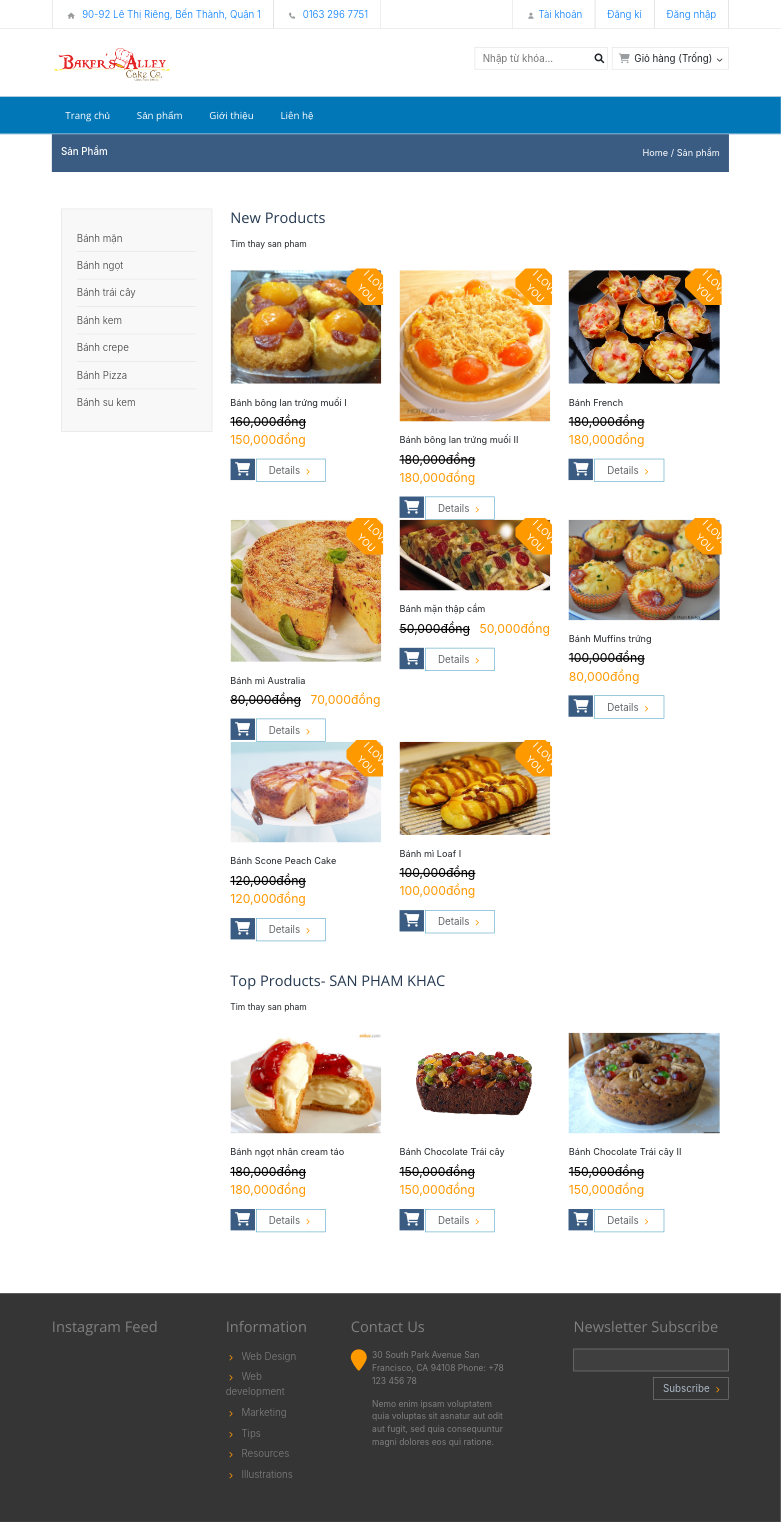
Repository: thidieu2005/Cake-Shop
Page: http://localhost/type-product/1
These files come from the project's save history. The page is drawn as it stood at one moment and after the next save; the edit follows.
The browser window is 1280 px wide. The pictures show the whole page, at 61% of full size.
Some web fonts or font styles are not loaded; a fallback is used. Some web libraries are served in a nearby version. The page is served by the project's Laravel application, run on PHP 8.4 with Laravel 10. The database holds what the project's SQL file puts in it.

Above is the page before, as saved 2025-03-18 08:37:31.

After the next save:
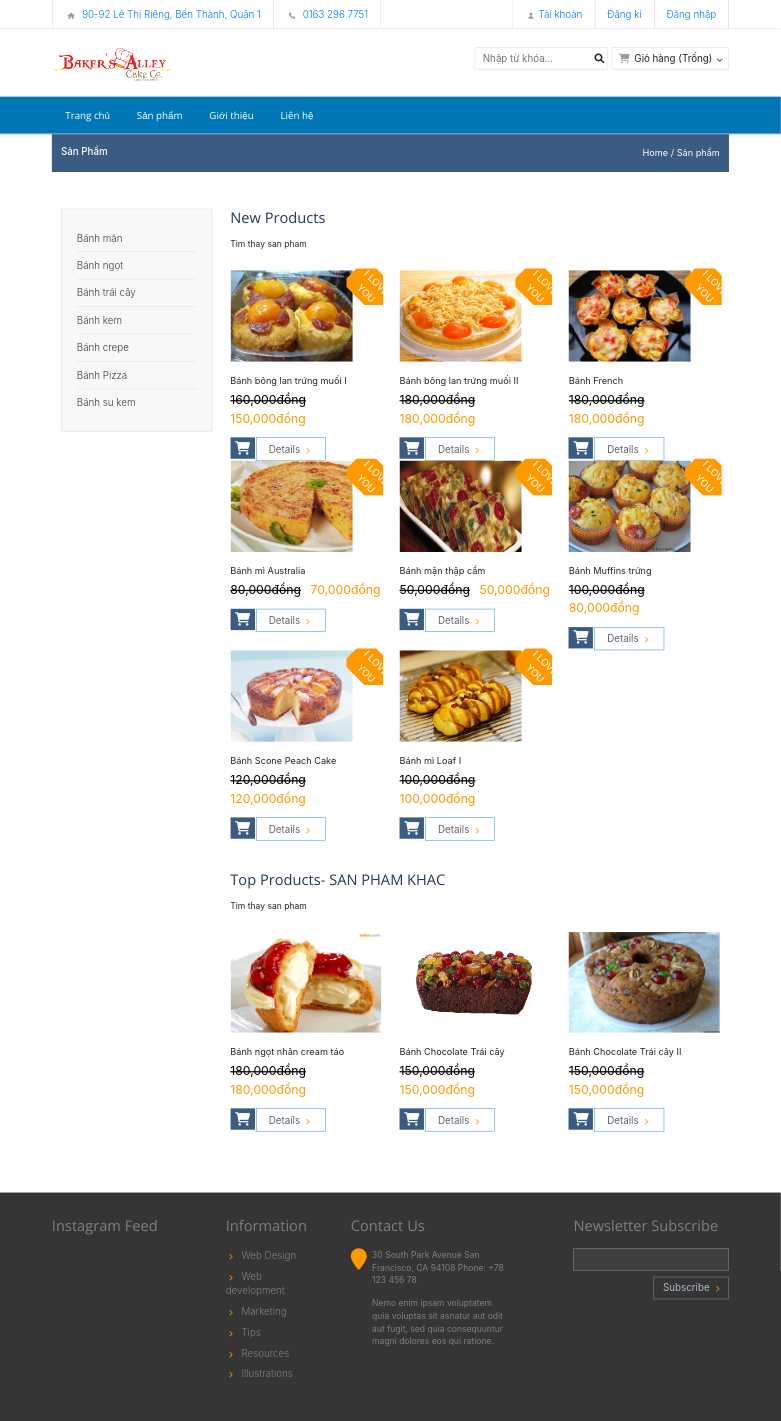
Saved 24 s later.
--- a/resources/views/page/loai_sanpham.blade.php
+++ b/resources/views/page/loai_sanpham.blade.php
@@ -68,7 +68,7 @@
                                     </div>
                                     @endif
                                     <div class="single-item-header">
-                                        <a href="product.html"><img src="/source/image/product/{{$sp->image}}" alt=""></a>
+                                        <a href="product.html"><img width="200" height="150" src="/source/image/product/{{$sp->image}}" alt=""></a>
                                     </div>
                                     <div class="single-item-body" style="font-size: 18px">
                                         <p class="single-item-title">{{$sp->name}}</p>
